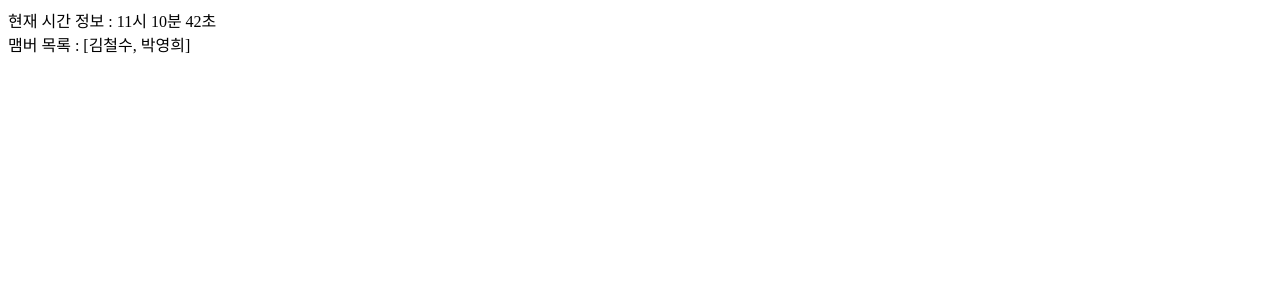
Repository: dwanGim/JSP_basic
Page: http://localhost/20220322/jsptag/directive.jsp
An editor plug-in stored every save of this project. The page is shown before and after a run of saves, followed by the edit.
The browser window is 1280 px wide. The pictures show the whole page.
The page is served by Tomcat 9.

Above is the page before, as saved 2022-03-24 08:34:06.

After the next 2 saves:
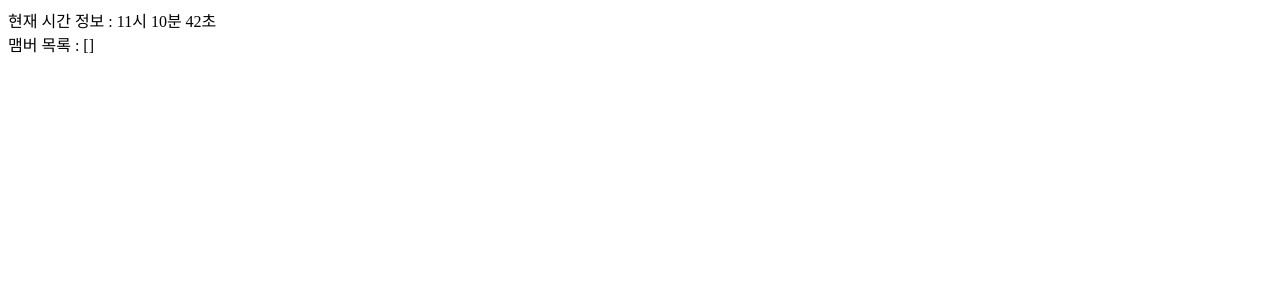
The 2 saves are shown as one change because they came seconds apart.
The last was saved 22 s later.
--- a/20220322/src/main/webapp/jsptag/directive.jsp
+++ b/20220322/src/main/webapp/jsptag/directive.jsp
@@ -34,6 +34,8 @@
 
 	names.remove(0);
 	names.remove("홍길동");
+	names.clear();
+
 	// out.println("맴버 목록 : " + names + "<br/> ");
 	%>
 	맴버 목록 : <%=names %><br/>
